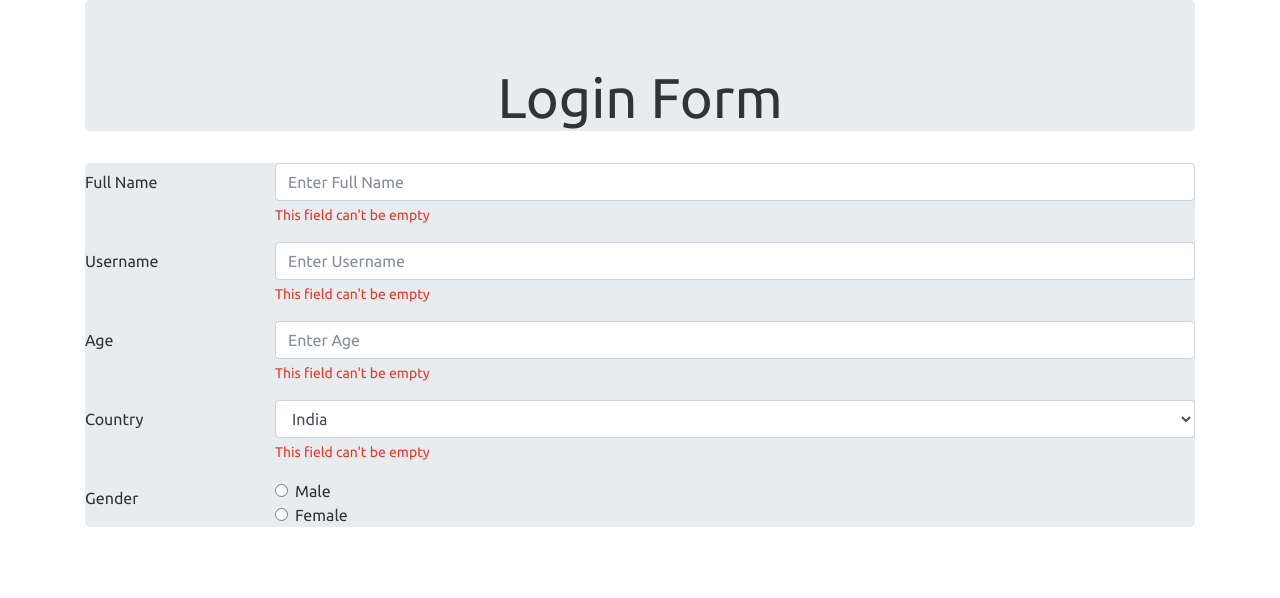
Repository: amar468S/Ng-templateDrivenForm
Page: /
An editor plug-in stored every save of this project. The page is shown before and after the next save, followed by the edit.
The browser window is 1280 px wide. The pictures show the whole page.
Some web libraries are served in a nearby version. The project was rebuilt for these pictures with package versions that can differ from the ones it lists, and the page was loaded fresh each time. Also part of the build but not shown: angular.json.

Above is the page before, as saved 2019-02-03 15:59:55.

After the next save:
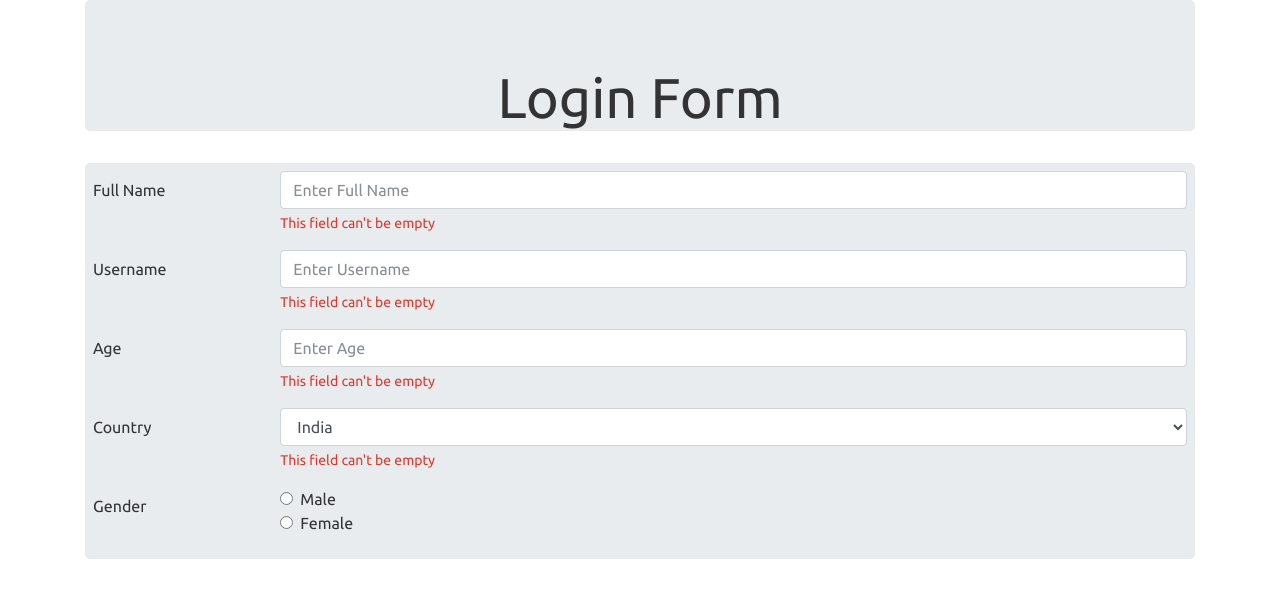
Saved 4 s later.
--- a/src/app/app.component.html
+++ b/src/app/app.component.html
@@ -3,7 +3,7 @@
       <p class="display-4 text-center mb-0">Login Form</p>
     </div>
 
-  <div class="jumbotron p-0">
+  <div class="jumbotron p-2">
   <form>
       <div class="form-group row">
           <label class="col-sm-2 col-form-label">Full Name</label>
